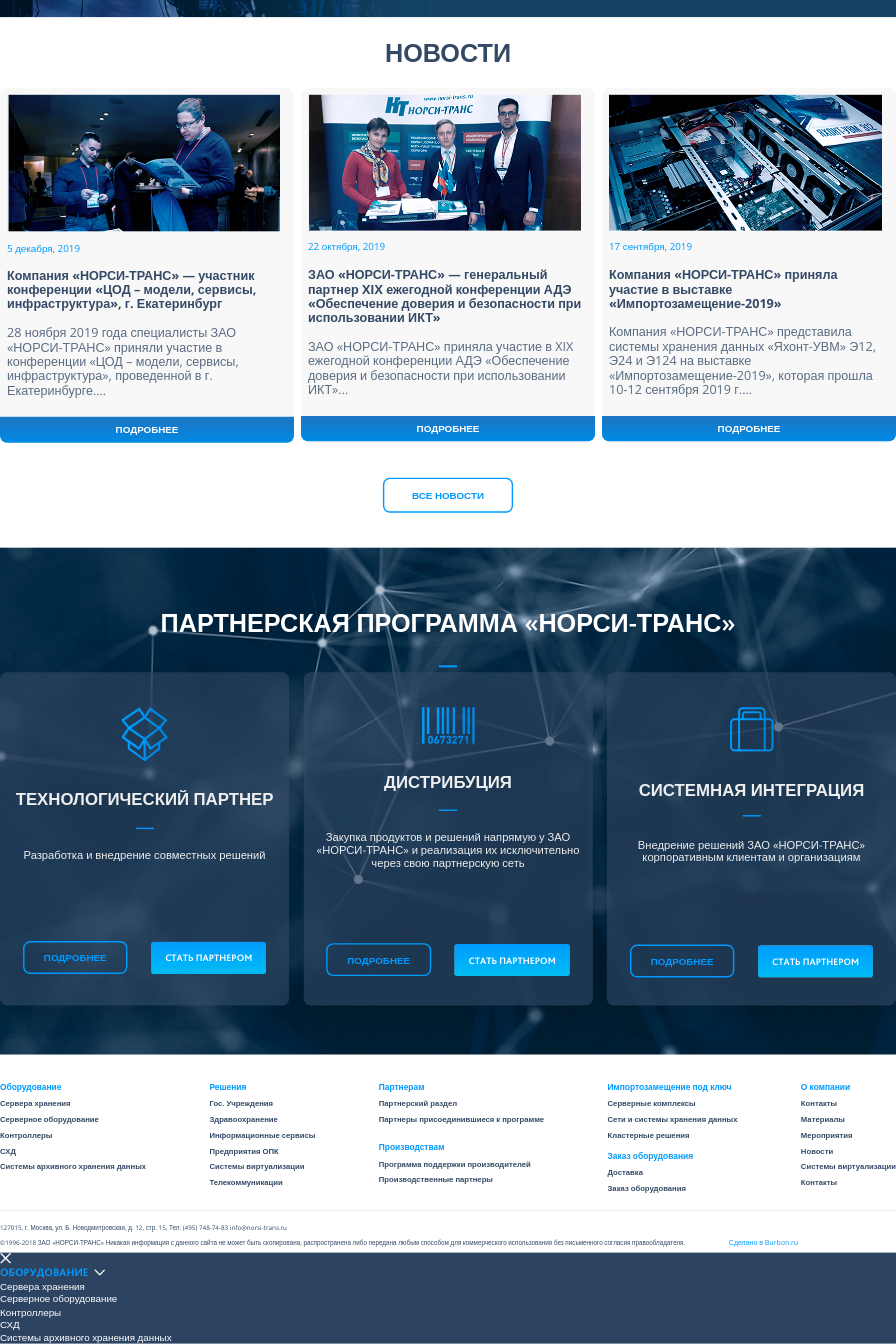
Repository: frostnn/testTaskBurbon
Page: app/index.html
The author's editor kept a copy of each file at every save. The page is drawn from the files as they stood at one save, then again after the next save.
The browser window is 1280 px wide. The pictures show the part of the page from y = 1558 to 3478 px (the page is 3478 px tall before and 3386 px after), at 70% of full size.
The style sheet was rebuilt from its Sass, Less or Tailwind sources for each picture, by a compiler version that may differ from the author's.

Above is the page before, as saved 2020-07-17 09:13:13.

After the next save:
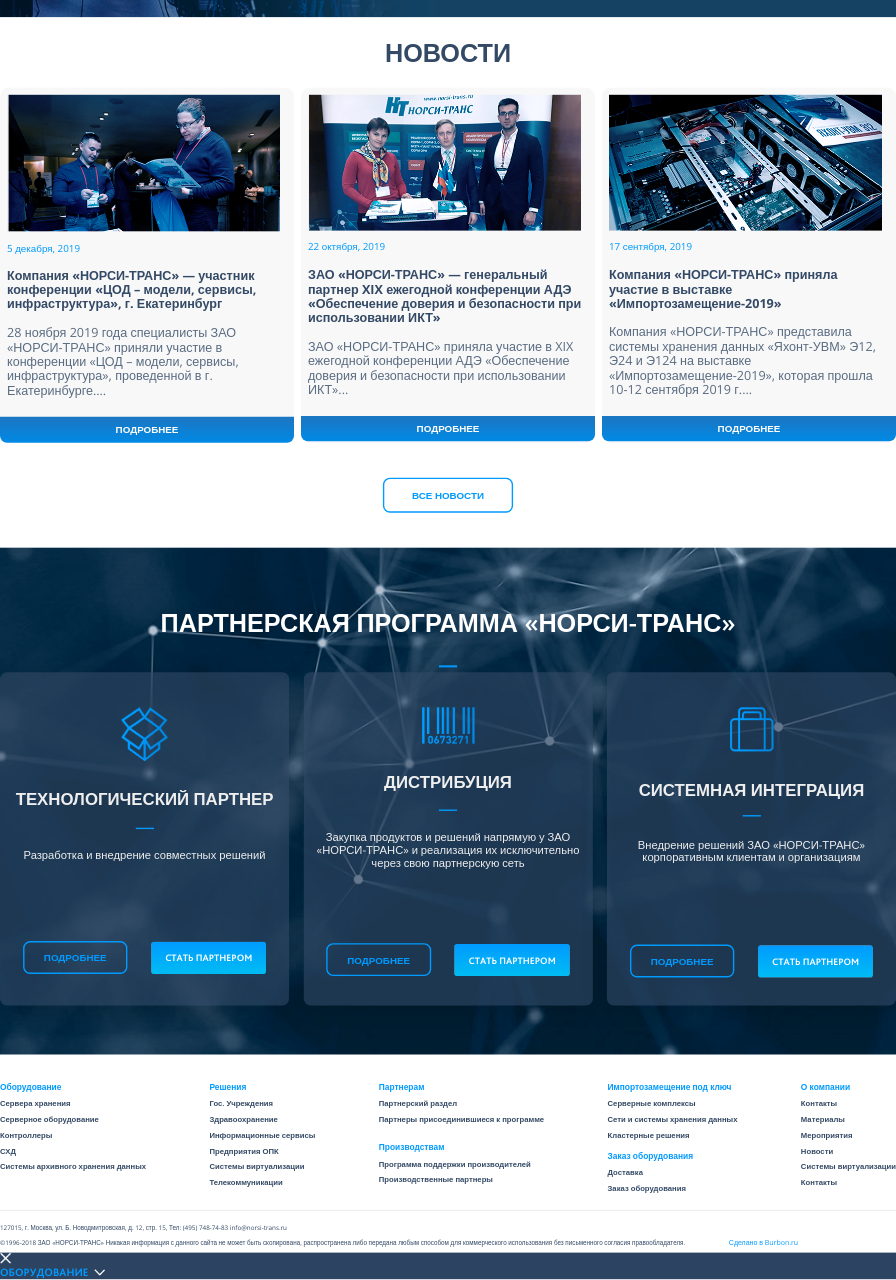
Saved 31 s later.
--- a/app/scss/style.scss
+++ b/app/scss/style.scss
@@ -516,4 +516,7 @@
   font-weight: 400;
   color: $white;
 }
+.mobile-nav_list-text {
+  display: none;
+}
 @import "media";
